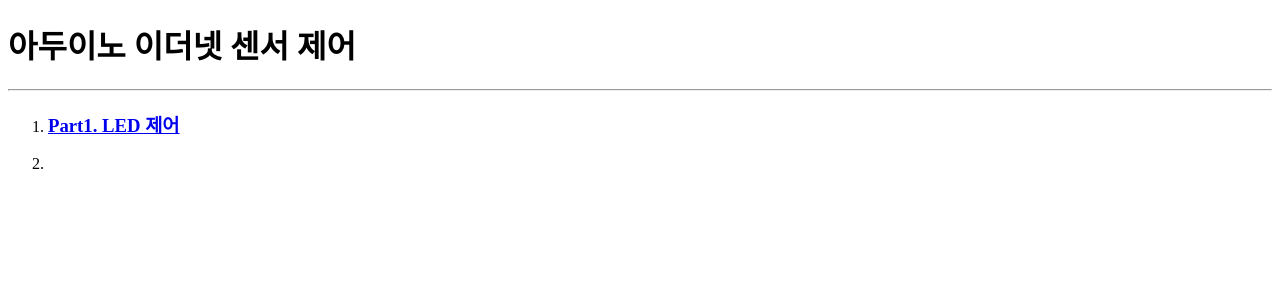
Repository: lafayetteey/WorkSpace
Page: http://localhost/testAduino/
These files come from the project's save history. The page is drawn as it stood at one moment and after the next save; the edit follows.
The browser window is 1280 px wide. The pictures show the whole page.
The page is served by Tomcat 9.

Above is the page before, as saved 2020-08-05 01:35:58.

After the next save:
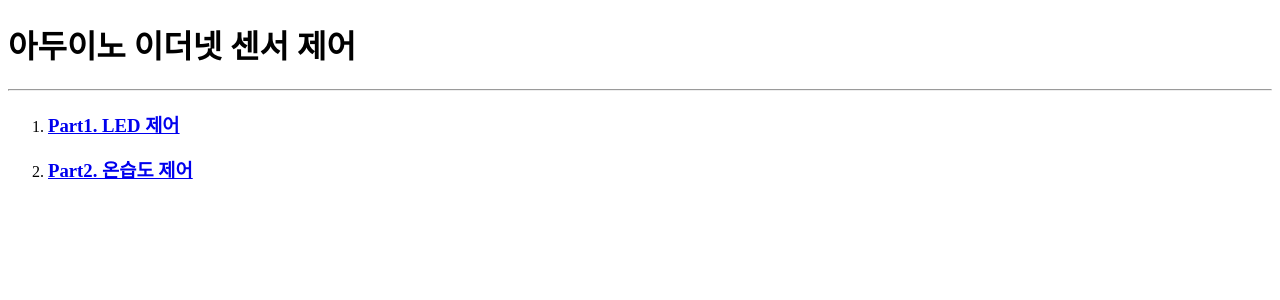
Saved 17 s later.
--- a/workspace_Aduino/testAduino/WebContent/index.jsp
+++ b/workspace_Aduino/testAduino/WebContent/index.jsp
@@ -11,7 +11,7 @@
 	<hr>
 	<ol>
 		<li><h3><a href="views/part1_LED_Controller.jsp">Part1. LED 제어</a></h3></li>
-		<li><h3><a href="views/part2_DHT11_Control.jsp"></a></h3></li>
+		<li><h3><a href="views/part2_DHT11_Control.jsp">Part2. 온습도 제어</a></h3></li>
 	</ol>
 </body>
 </html>
